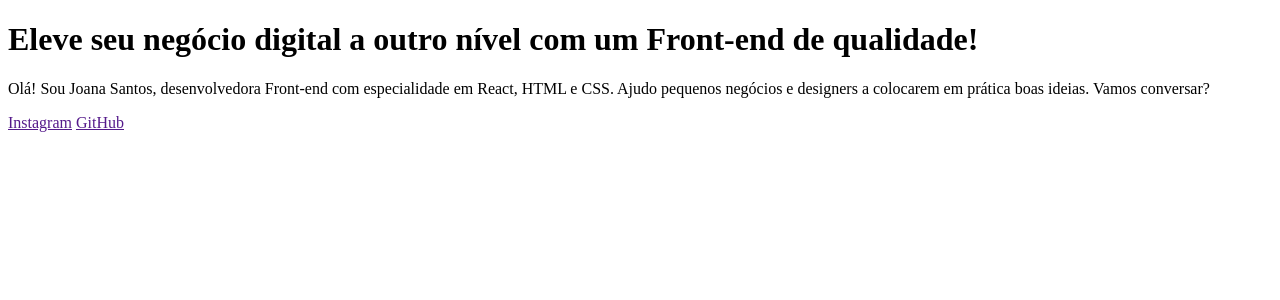
Repository: RenatoCCS/Portfolio_Alura
Page: index.html
The author's editor kept a copy of each file at every save. The page is drawn from the files as they stood at one save, then again after the next save.
The browser window is 1280 px wide. The pictures show the whole page.

Above is the page before, as saved 2023-02-23 18:07:48.

After the next save:
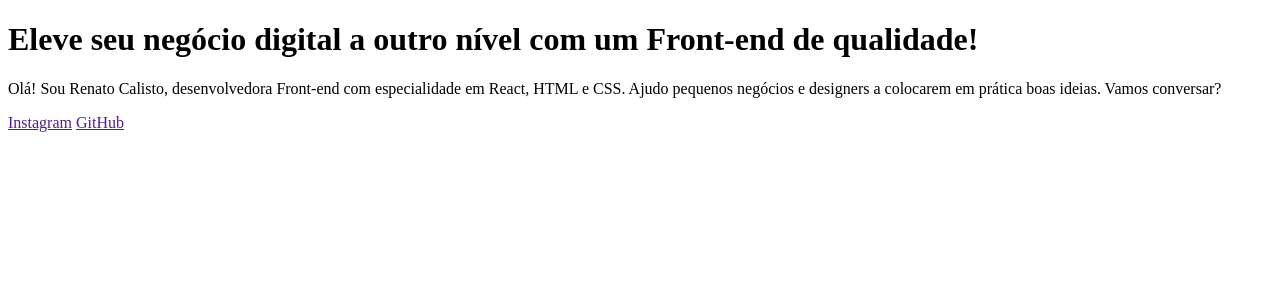
Saved 79 s later.
--- a/index.html
+++ b/index.html
@@ -14,7 +14,7 @@
         <strong> com um Front-end de qualidade! </strong>
       </h1>
       <p>
-        Olá! Sou Joana Santos, desenvolvedora Front-end com especialidade em
+        Olá! Sou Renato Calisto, desenvolvedora Front-end com especialidade em
         React, HTML e CSS. Ajudo pequenos negócios e designers a colocarem em
         prática boas ideias. Vamos conversar?
       </p>
